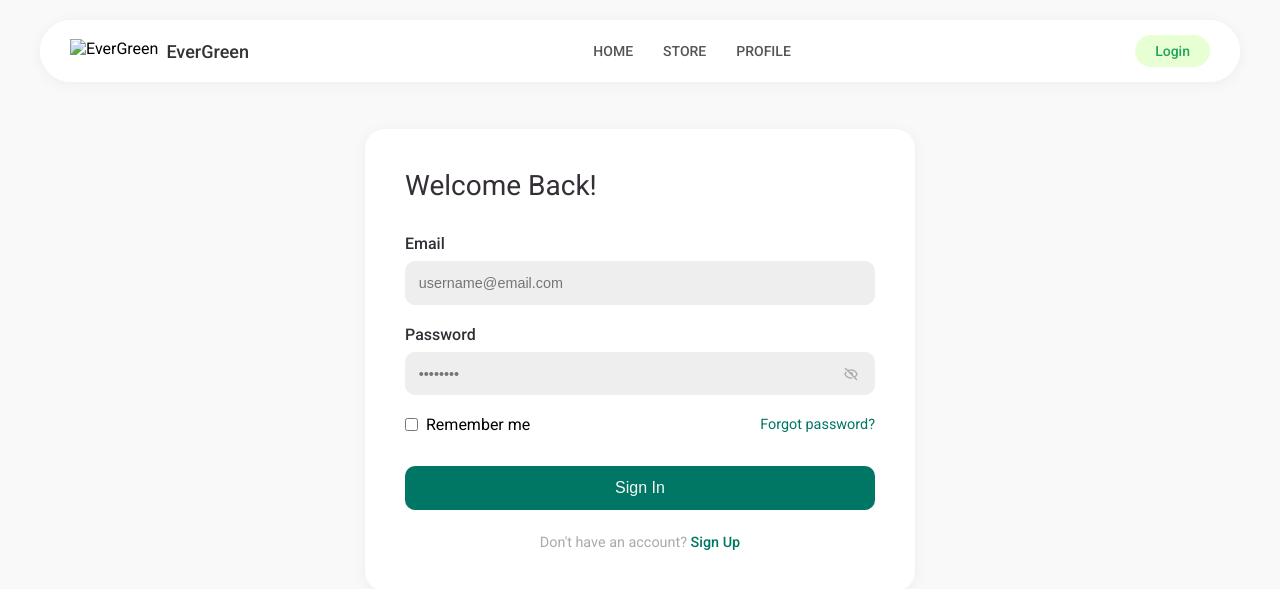
Repository: EverGreen-Group/Evergreen_Project
Page: http://localhost/Evergreen_Project/auth/login
An editor plug-in stored every save of this project. The page is shown before and after the next save, followed by the edit.
The browser window is 1280 px wide. The pictures show the whole page.
The page is run by PHP 8.4 with error messages shown; the project is at /var/www/html/.

Above is the page before, as saved 2024-11-17 20:38:48.

### public/index.php
<?php
// Enable error reporting
ini_set('display_errors', 1);
ini_set('display_startup_errors', 1);
error_reporting(E_ALL);

// session test
//session_start(); I added one in bootloader.php

// Load the bootloader and core application files
require_once '../app/bootloader.php';

// Initialize the Core class
$init = new Core;

### app/bootloader.php
<?php
// Start session
session_start();

//load configurations
require_once 'config/config.php';

//load helpers
require_once 'helpers/url_helper.php';
require_once 'helpers/flash_helper.php';
require_once 'helpers/RoleHelper.php';
require_once 'helpers/PhotoHelper.php';

//load libraries
require_once 'libraries/Core.php';
require_once 'libraries/Controller.php';
require_once 'libraries/Database.php';

### app/config/config.php
<?php

//databasse configarations
// define('DB_HOST', '34.93.234.68');
define('DB_HOST', 'localhost');
define('DB_USER', 'root');
define('DB_PASSWORD', '');
define('DB_NAME','tfms');
//APPROOT
define('APPROOT',dirname(dirname(__FILE__)));

//URLROOT
define('URLROOT', 'http://localhost/Evergreen_Project');

//website
define('SITENAME', 'EverGreen');

// Add this with your other constants
define('UPLOADROOT', dirname(dirname(__DIR__)) . '/public/uploads');

// URL for web access
define('UPLOADURL', URLROOT . '/uploads');  // For web URLs

// Server filesystem paths
define('PUBLICPATH', dirname(APPROOT) . '/public');
define('UPLOADPATH', PUBLICPATH . '/uploads');  // For file operations

// Add this with your other configurations
date_default_timezone_set('Asia/Colombo');
?>

### app/helpers/url_helper.php
<?php
// Helper functions for URL manipulation

// Redirect to a specific page
function redirect($page) {
    header('Location: ' . URLROOT . '/' . $page);
    exit();
}

function storePreviousUrl() {
    if (!isset($_SESSION['previous_url'])) {
        $_SESSION['previous_url'] = $_SERVER['REQUEST_URI'];
    }
}

function getPreviousUrl() {
    $previous = $_SESSION['previous_url'] ?? URLROOT;
    unset($_SESSION['previous_url']); // Clear it after use
    return $previous;
}

### app/helpers/flash_helper.php
<?php

function flash($name = '') {
    if (isset($_SESSION['flash_messages'][$name])) {
        $flash = $_SESSION['flash_messages'][$name];
        echo '<div class="' . $flash['class'] . '" id="msg-flash">' . $flash['message'] . '</div>';
        unset($_SESSION['flash_messages'][$name]);
    }
}

?>

### app/helpers/auth_middleware.php
<?php
function requireAuth() {
    if (!isset($_SESSION['user_id'])) {
        header("Location: " . URLROOT . "/auth/login");
        exit;
    }
}

function isLoggedIn() {
    return isset($_SESSION['user_id']);
}

?>

### public/css/style.css
@import url("https://fonts.googleapis.com/css2?family=Lato:wght@400;700&family=Poppins:wght@400;500;600;700&display=swap");

* {
  margin: 0;
  padding: 0;
  box-sizing: border-box;
}

a {
  text-decoration: none;
}

li {
  list-style: none;
}

:root {
  --poppins: "Poppins", sans-serif;
  --lato: "Lato", sans-serif;

  --light: #f9f9f9;
  --main: #007664;
  --light-main: #cbeae5;
  --grey: #eee;
  --dark-grey: #aaaaaa;
  --dark: #342e37;
  --red: #db504a;
  --yellow: #ffce26;
  --light-yellow: #f0deb4;
  --green: #8d9f2d;
  --light-green: #edf5c2;
}

html {
  overflow-x: hidden;
}

body.dark {
  --light: #0c0c1e;
  --grey: #060714;
  --dark: #fbfbfb;
}

body {
  background: var(--grey);
  overflow-x: hidden;
}

/* SIDEBAR */
#sidebar {
  position: fixed;
  top: 0;
  left: 0;
  width: 280px;
  height: 100%;
  background: var(--light);
  z-index: 2000;
  font-family: var(--lato);
  transition: 0.3s ease;
  overflow-x: hidden;
  scrollbar-width: none;
}
#sidebar::--webkit-scrollbar {
  display: none;
}
#sidebar.hide {
  width: 60px;
}
#sidebar .brand {
  font-size: 24px;
  font-weight: 700;
  height: 56px;
  display: flex;
  align-items: center;
  color: var(--main);
  position: sticky;
  top: 0;
  left: 0;
  background: var(--light);
  z-index: 500;
  padding-bottom: 20px;
  box-sizing: content-box;
}
#sidebar .brand .bx {
  min-width: 60px;
  display: flex;
  justify-content: center;
}

#sidebar .brand img {
  margin-right: 15px; /* Adjust the value as needed */
  height: 40px; /* Optional: Adjust image height */
  width: auto;
  margin-left: 15px;
}

#sidebar .side-menu {
  width: 100%;
  margin-top: 48px;
}
#sidebar .side-menu li {
  height: 48px;
  background: transparent;
  margin-left: 6px;
  border-radius: 48px 0 0 48px;
  padding: 4px;
}
#sidebar .side-menu li.active {
  background: var(--grey);
  position: relative;
}
#sidebar .side-menu li.active::before {
  content: "";
  position: absolute;
  width: 40px;
  height: 40px;
  border-radius: 50%;
  top: -40px;
  right: 0;
  box-shadow: 20px 20px 0 var(--grey);
  z-index: -1;
}
#sidebar .side-menu li.active::after {
  content: "";
  position: absolute;
  width: 40px;
  height: 40px;
  border-radius: 50%;
  bottom: -40px;
  right: 0;
  box-shadow: 20px -20px 0 var(--grey);
  z-index: -1;
}
#sidebar .side-menu li a {
  width: 100%;
  height: 100%;
  background: var(--light);
  display: flex;
  align-items: center;
  border-radius: 48px;
  font-size: 16px;
  color: var(--dark);
  white-space: nowrap;
  overflow-x: hidden;
}
#sidebar .side-menu.top li.active a {
  color: var(--main);
}
#sidebar.hide .side-menu li a {
  width: calc(48px - (4px * 2));
  transition: width 0.3s ease;
}
#sidebar .side-menu li a.logout {
  color: var(--red);
}
#sidebar .side-menu.top li a:hover {
  color: var(--main);
}
#sidebar .side-menu li a .bx {
  min-width: calc(60px - ((4px + 6px) * 2));
  display: flex;
  justify-content: center;
}
/* SIDEBAR */

/* CONTENT */
#content {
  position: relative;
  width: calc(100% - 280px);
  left: 280px;
  transition: 0.3s ease;
}
#sidebar.hide ~ #content {
  width: calc(100% - 60px);
  left: 60px;
}

/* NAVBAR */
#content nav {
  height: 56px;
  background: var(--light);
  padding: 0 24px;
  display: flex;
  align-items: center;
  grid-gap: 24px;
  font-family: var(--lato);
  position: sticky;
  top: 0;
  left: 0;
  z-index: 1000;
}
#content nav::before {
  content: "";
  position: absolute;
  width: 40px;
  height: 40px;
  bottom: -40px;
  left: 0;
  border-radius: 50%;
  box-shadow: -20px -20px 0 var(--light);
}
#content nav a {
  color: var(--dark);
}
#content nav .bx.bx-menu {
  cursor: pointer;
  color: var(--dark);
}
#content nav .nav-link {
  font-size: 16px;
  transition: 0.3s ease;
}
#content nav .nav-link:hover {
  color: var(--main);
}
#content nav form {
  max-width: 400px;
  width: 100%;
  margin-right: auto;
}
#content nav form .form-input {
  display: flex;
  align-items: center;
  height: 36px;
}
#content nav form .form-input input {
  flex-grow: 1;
  padding: 0 16px;
  height: 100%;
  border: none;
  background: var(--grey);
  border-radius: 36px 0 0 36px;
  outline: none;
  width: 100%;
  color: var(--dark);
}
#content nav form .form-input button {
  width: 36px;
  height: 100%;
  display: flex;
  justify-content: center;
  align-items: center;
  background: var(--main);
  color: var(--light);
  font-size: 18px;
  border: none;
  outline: none;
  border-radius: 0 36px 36px 0;
  cursor: pointer;
}
#content nav .notification {
  font-size: 20px;
  position: relative;
}
#content nav .notification .num {
  position: absolute;
  top: -6px;
  right: -6px;
  width: 20px;
  height: 20px;
  border-radius: 50%;
  border: 2px solid var(--light);
  background: var(--red);
  color: var(--light);
  font-weight: 700;
  font-size: 12px;
  display: flex;
  justify-content: center;
  align-items: center;
}
#content nav .profile img {
  width: 36px;
  height: 36px;
  object-fit: cover;
  border-radius: 50%;
}
#content nav .switch-mode {
  display: block;
  min-width: 50px;
  height: 25px;
  border-radius: 25px;
  background: var(--grey);
  cursor: pointer;
  position: relative;
}
#content nav .switch-mode::before {
  content: "";
  position: absolute;
  top: 2px;
  left: 2px;
  bottom: 2px;
  width: calc(25px - 4px);
  background: var(--main);
  border-radius: 50%;
  transition: all 0.3s ease;
}
#content nav #switch-mode:checked + .switch-mode::before {
  left: calc(100% - (25px - 4px) - 2px);
}
/* NAVBAR */

/* MAIN */
#content main {
  width: 100%;
  padding: 36px 24px;
  font-family: var(--poppins);
  max-height: calc(100vh - 56px);
  overflow-y: auto;
}
#content main .head-title {
  display: flex;
  align-items: center;
  justify-content: space-between;
  grid-gap: 16px;
  flex-wrap: wrap;
}
#content main .head-title .left h1 {
  font-size: 36px;
  font-weight: 600;
  margin-bottom: 10px;
  color: var(--dark);
}
#content main .head-title .left .breadcrumb {
  display: flex;
  align-items: center;
  grid-gap: 16px;
}
#content main .head-title .left .breadcrumb li {
  color: var(--dark);
}
#content main .head-title .left .breadcrumb li a {
  color: var(--dark-grey);
  pointer-events: none;
}
#content main .head-title .left .breadcrumb li a.active {
  color: var(--main);
  pointer-events: unset;
}
#content main .head-title .btn-download {
  height: 36px;
  padding: 0 16px;
  border-radius: 36px;
  background: var(--main);
  color: var(--light);
  display: flex;
  justify-content: center;
  align-items: center;
  grid-gap: 10px;
  font-weight: 500;
}

#content main .box-info {
  display: grid;
  grid-template-columns: repeat(auto-fit, minmax(240px, 1fr));
  grid-gap: 24px;
  margin-top: 36px;
}
#content main .box-info li {
  padding: 24px;
  background: var(--light);
  border-radius: 20px;
  display: flex;
  align-items: center;
  grid-gap: 24px;
}
#content main .box-info li .bx {
  width: 80px;
  height: 80px;
  border-radius: 10px;
  font-size: 36px;
  display: flex;
  justify-content: center;
  align-items: center;
}
#content main .box-info li:nth-child(1) .bx {
  background: var(--light-main);
  color: var(--main);
}
#content main .box-info li:nth-child(2) .bx {
  background: var(--light-yellow);
  color: var(--yellow);
}
#content main .box-info li:nth-child(3) .bx {
  background: var(--light-green);
  color: var(--green);
}
#content main .box-info li .text h3 {
  font-size: 24px;
  font-weight: 600;
  color: var(--dark);
}
#content main .box-info li .text p {
  color: var(--dark);
}

#content main .table-data {
  display: flex;
  flex-wrap: wrap;
  grid-gap: 24px;
  margin-top: 24px;
  width: 100%;
  color: var(--dark);
}
#content main .table-data > div {
  border-radius: 20px;
  background: var(--light);
  padding: 24px;
  overflow-x: auto;
}
#content main .table-data .head {
  display: flex;
  align-items: center;
  grid-gap: 16px;
  margin-bottom: 24px;
}
#content main .table-data .head h3 {
  margin-right: auto;
  font-size: 24px;
  font-weight: 600;
}
#content main .table-data .head .bx {
  cursor: pointer;
}

#content main .table-data .order {
  flex-grow: 1;
  flex-basis: 500px;
}
#content main .table-data .order table {
  width: 100%;
  border-collapse: collapse;
}
#content main .table-data .order table th {
  padding-bottom: 12px;
  font-size: 13px;
  text-align: left;
  border-bottom: 1px solid var(--grey);
}
#content main .table-data .order table td {
  padding: 16px 0;
}
#content main .table-data .order table tr td:first-child {
  display: flex;
  align-items: center;
  grid-gap: 12px;
  padding-left: 6px;
}
#content main .table-data .order table td img {
  width: 36px;
  height: 36px;
  border-radius: 50%;
  object-fit: cover;
}
#content main .table-data .order table tbody tr:hover {
  background: var(--grey);
}
#content main .table-data .order table tr td .status {
  font-size: 10px;
  padding: 6px 16px;
  color: var(--light);
  border-radius: 20px;
  font-weight: 700;
}
#content main .table-data .order table tr td .status.completed {
  background: var(--main);
}
#content main .table-data .order table tr td .status.process {
  background: var(--yellow);
}
#content main .table-data .order table tr td .status.pending {
  background: var(--green);
}

#content main .table-data .order table tr td .status.error {
  background: var(--red);
}

#content main .table-data .todo {
  flex-grow: 1;
  flex-basis: 300px;
}
#content main .table-data .todo .todo-list {
  width: 100%;
}
#content main .table-data .todo .todo-list li {
  width: 100%;
  margin-bottom: 16px;
  background: var(--grey);
  border-radius: 10px;
  padding: 14px 20px;
  display: flex;
  justify-content: space-between;
  align-items: center;
}
#content main .table-data .todo .todo-list li .bx {
  cursor: pointer;
}
#content main .table-data .todo .todo-list li.completed {
  border-left: 10px solid var(--main);
}
#content main .table-data .todo .todo-list li.not-completed {
  border-left: 10px solid var(--green);
}
#content main .table-data .todo .todo-list li:last-child {
  margin-bottom: 0;
}
/* MAIN */
/* CONTENT */

/*Dashboard*/

@media screen and (max-width: 768px) {
  #sidebar {
    width: 200px;
  }

  #content {
    width: calc(100% - 60px);
    left: 200px;
  }

  #content nav .nav-link {
    display: none;
  }
}

@media screen and (max-width: 576px) {
  #content nav form .form-input input {
    display: none;
  }

  #content nav form .form-input button {
    width: auto;
    height: auto;
    background: transparent;
    border-radius: none;
    color: var(--dark);
  }

  #content nav form.show .form-input input {
    display: block;
    width: 100%;
  }
  #content nav form.show .form-input button {
    width: 36px;
    height: 100%;
    border-radius: 0 36px 36px 0;
    color: var(--light);
    background: var(--red);
  }

  #content nav form.show ~ .notification,
  #content nav form.show ~ .profile {
    display: none;
  }

  #content main .box-info {
    grid-template-columns: 1fr;
  }

  #content main .table-data .head {
    min-width: 420px;
  }
  #content main .table-data .order table {
    min-width: 420px;
  }
  #content main .table-data .todo .todo-list {
    min-width: 420px;
  }
}

/* Authentication Pages Styles */
.auth-container {
  min-height: calc(100vh - 100px);
  display: flex;
  justify-content: center;
  align-items: center;
  padding: 20px;
}

.auth-form-section {
  width: auto;
  max-width: 1200px;
}

.auth-form-container {
  background: white;
  border-radius: 20px;
  box-shadow: 0 2px 15px rgba(0, 0, 0, 0.05);
  padding: 40px;
}

/* Existing form styles */
.auth-form-container h2 {
  font-size: 28px;
  font-weight: 300;
  margin-bottom: 30px;
  color: #333;
}

.auth-form-group {
  margin-bottom: 20px;
}

.auth-form-group label {
  display: block;
  margin-bottom: 0.5rem;
  color: var(--dark);
  font-weight: 500;
}

.auth-form-group input {
  width: 100%;
  padding: 0.8rem;
  border: 1px solid var(--grey);
  border-radius: 10px;
  font-size: 0.9rem;
  transition: all 0.3s ease;
  background: var(--grey);
  color: var(--dark);
}

.auth-form-group input:focus {
  outline: none;
  border-color: var(--main);
  box-shadow: 0 0 5px rgba(0, 118, 100, 0.2);
}

.auth-button {
  width: 100%;
  padding: 0.8rem;
  background: var(--main);
  color: var(--light);
  border: none;
  border-radius: 10px;
  font-size: 1rem;
  cursor: pointer;
  transition: background-color 0.3s ease;
  font-weight: 500;
  margin-top: 1rem;
}

.auth-button:hover {
  background: #006254;
}

.auth-error {
  display: none; /* Hide by default */
  background: #ffe5e5;
  color: #ff3333;
  padding: 0.8rem;
  border-radius: 8px;
  margin-bottom: 1.5rem;
  font-size: 0.9rem;
  border: 1px solid #ffcccc;
}

/* Only show when there's an error */
.auth-error:not(:empty) {
  display: block;
}

.auth-links {
  margin-top: 1.5rem;
  text-align: center;
  display: flex;
  flex-direction: column;
  gap: 0.5rem;
}

.auth-links a {
  color: var(--main);
  text-decoration: none;
  transition: color 0.3s ease;
  font-size: 0.9rem;
}

.auth-links a:hover {
  color: #006254;
}

/* Dark mode support for auth pages */
body.dark .auth-box {
  background: var(--light);
}

body.dark .auth-form-group input {
  background: var(--grey);
  color: var(--dark);
}

/* Public Header Styles */
.public-header {
  background: white;
  box-shadow: 0 2px 10px rgba(0, 0, 0, 0.1);
  position: fixed;
  width: 100%;
  top: 0;
  z-index: 1000;
}

.public-nav {
  max-width: 1200px;
  margin: 0 auto;
  padding: 1rem 2rem;
  display: flex;
  align-items: center;
  justify-content: space-between;
}

.nav-brand {
  display: flex;
  align-items: center;
  gap: 0.5rem;
}

.nav-brand img {
  height: 32px;
  width: auto;
}

.nav-brand a {
  font-size: 1.25rem;
  font-weight: 600;
  color: var(--dark);
  text-decoration: none;
}

.nav-links {
  display: flex;
  gap: 2rem;
}

.nav-links a {
  color: var(--dark);
  text-decoration: none;
  font-weight: 500;
  padding: 0.5rem 0;
  position: relative;
}

.nav-links a:after {
  content: "";
  position: absolute;
  bottom: 0;
  left: 0;
  width: 0;
  height: 2px;
  background: var(--primary);
  transition: width 0.3s ease;
}

.nav-links a:hover:after,
.nav-links a.active:after {
  width: 100%;
}

.nav-auth {
  display: flex;
  gap: 1rem;
}

.nav-button {
  padding: 0.5rem 1rem;
  border-radius: 6px;
  text-decoration: none;
  font-weight: 500;
  transition: all 0.3s ease;
}

.nav-button:first-child {
  color: var(--dark);
  background: transparent;
}

.nav-button:last-child {
  color: white;
  background: var(--primary);
}

.nav-button:first-child:hover {
  background: var(--light);
}

.nav-button:last-child:hover {
  background: var(--primary-dark);
}

/* Responsive Design */
@media screen and (max-width: 768px) {
  .public-nav {
    flex-direction: column;
    gap: 1rem;
    padding: 1rem;
  }

  .nav-links {
    flex-direction: column;
    gap: 0.5rem;
    text-align: center;
    width: 100%;
  }

  .nav-auth {
    flex-direction: column;
    width: 100%;
  }

  .nav-button {
    text-align: center;
  }
}

/* Updated Auth Styles */
.auth-container {
  height: 100vh;
  padding: 0;
  margin: 0;
  display: flex;
  align-items: center;
  justify-content: center;
  background: var(--light);
}

.auth-split {
  display: flex;
  width: 100%;
  height: 100%;
  /* max-width: 1200px; */
  /* height: 600px; */
  background: white;
  /* border-radius: 20px; */
  overflow: hidden;
  box-shadow: 0 0 20px rgba(0, 0, 0, 0.1);
}

/* Image Section */
.auth-image-section {
  width: 400px;
  height: 600px;
  background-size: cover;
  background-position: center;
  background-repeat: no-repeat;
  position: relative;
  border-radius: 20px 0 0 20px;
  padding: 1.7rem;
  display: flex;
  flex-direction: column;
  justify-content: flex-end;
  overflow: hidden;
}

.auth-overlay {
  position: absolute;
  top: 2rem;
  left: 2rem;
  right: 2rem;
  bottom: 2rem;
  background: rgba(0, 0, 0, 0.5);
  padding: 2rem;
  border-radius: 15px; /* Optional: adds rounded corners to the overlay */
}

.auth-overlay h2 {
  font-size: 1.8rem;
  margin-bottom: 1rem;
  color: white;
}

.auth-overlay p {
  font-size: 0.9rem;
  line-height: 1.5;
}

/* Form Section */
.auth-form-section {
  flex: 1;
  padding: 2rem;
  display: flex;
  flex-direction: column;
  justify-content: center;
  align-items: center;
}

.auth-form-container {
  max-width: 550px;
  width: 100%;
  margin: 0 auto;
}

.auth-form-container h2 {
  margin-bottom: 2rem;
  color: var(--dark);
  text-align: left;
}

.password-input {
  position: relative;
}

.password-toggle {
  position: absolute;
  right: 1rem;
  top: 50%;
  transform: translateY(-50%);
  cursor: pointer;
  color: var(--dark-grey);
}

.auth-options {
  display: flex;
  justify-content: space-between;
  align-items: center;
  margin: 1rem 0;
}

.remember-me {
  display: flex;
  align-items: center;
  gap: 0.5rem;
}

.forgot-password {
  color: var(--main);
  text-decoration: none;
  font-size: 0.9rem;
}

.auth-divider {
  text-align: center;
  margin: 1.5rem 0;
  position: relative;
}

.auth-divider::before,
.auth-divider::after {
  content: "";
  position: absolute;
  top: 50%;
  width: 45%;
  height: 1px;
  background: var(--grey);
}

.auth-divider::before {
  left: 0;
}

.auth-divider::after {
  right: 0;
}

.auth-divider span {
  background: white;
  padding: 0 1rem;
  color: var(--dark-grey);
  font-size: 0.9rem;
}

.social-login {
  display: flex;
  flex-direction: column;
  gap: 0.8rem;
}

.social-button {
  width: 100%;
  padding: 0.8rem;
  border: 1px solid var(--grey);
  border-radius: 8px;
  background: white;
  display: flex;
  align-items: center;
  justify-content: center;
  gap: 0.5rem;
  cursor: pointer;
  transition: background-color 0.3s ease;
  font-size: 0.9rem;
}

.social-button:hover {
  background: var(--grey);
}

.social-button i {
  font-size: 1.2rem;
}

.auth-footer {
  text-align: center;
  margin-top: 1.5rem;
  color: var(--dark-grey);
  font-size: 0.9rem;
}

.auth-footer a {
  color: var(--main);
  text-decoration: none;
  font-weight: 500;
}

/* Responsive Design */
@media (max-width: 768px) {
  .auth-split {
    flex-direction: column;
    height: auto;
    margin: 1rem;
  }

  .auth-image-section {
    flex: 1;
    background-size: cover;
    background-position: center;
    background-repeat: no-repeat;
    position: relative;
    border-radius: 20px 0 0 20px; /* Rounds only the left side corners */
    padding: 1.7rem; /* Adds padding inside the image section */
  }

  .auth-form-section {
    padding: 1.5rem;
  }
}

.auth-overlay-text {
  max-width: 700px; /* Adjust this value as needed */
}

.auth-form-row {
  display: flex;
  gap: 1rem;
}

.auth-form-row .auth-form-group {
  flex: 1;
}

.auth-select {
  width: 100%;
  padding: 0.75rem;
  border: 1px solid #ddd;
  border-radius: 4px;
  background-color: white;
  font-size: 1rem;
  color: #333;
  cursor: pointer;
}

.auth-select:focus {
  outline: none;
  border-color: var(--primary);
}

/* If needed, also adjust the parent container */
.auth-left-section {
  display: flex;
  align-items: center;
  justify-content: center;
  height: 100%;
}

/* Add overlay text container */
.image-overlay-text {
  color: white;
  padding: 2rem;
  background: linear-gradient(to bottom, transparent, rgba(0, 0, 0, 0.4));
  margin: -1.7rem; /* Counteract the parent padding */
}

.image-overlay-text h2 {
  font-size: 1.5rem;
  font-weight: 600;
  margin-bottom: 1rem;
}

.image-overlay-text p {
  font-size: 0.9rem;
  line-height: 1.5;
  opacity: 0.9;
}

Loaded but not shown: app/controllers/Auth.php (367 lines, source omitted); app/libraries/Database.php (198 lines, source omitted); app/helpers/RoleHelper.php (117 lines, source omitted); app/views/inc/components/header_public.php (130 lines, source omitted); app/views/pages/404.php (116 lines, source omitted); app/libraries/Core.php (77 lines, source omitted); app/helpers/PhotoHelper.php (65 lines, source omitted); app/views/auth/v_login.php (41 lines, source omitted); app/models/M_User.php (48 lines, source omitted); app/libraries/Controller.php (42 lines, source omitted)

After the next save:
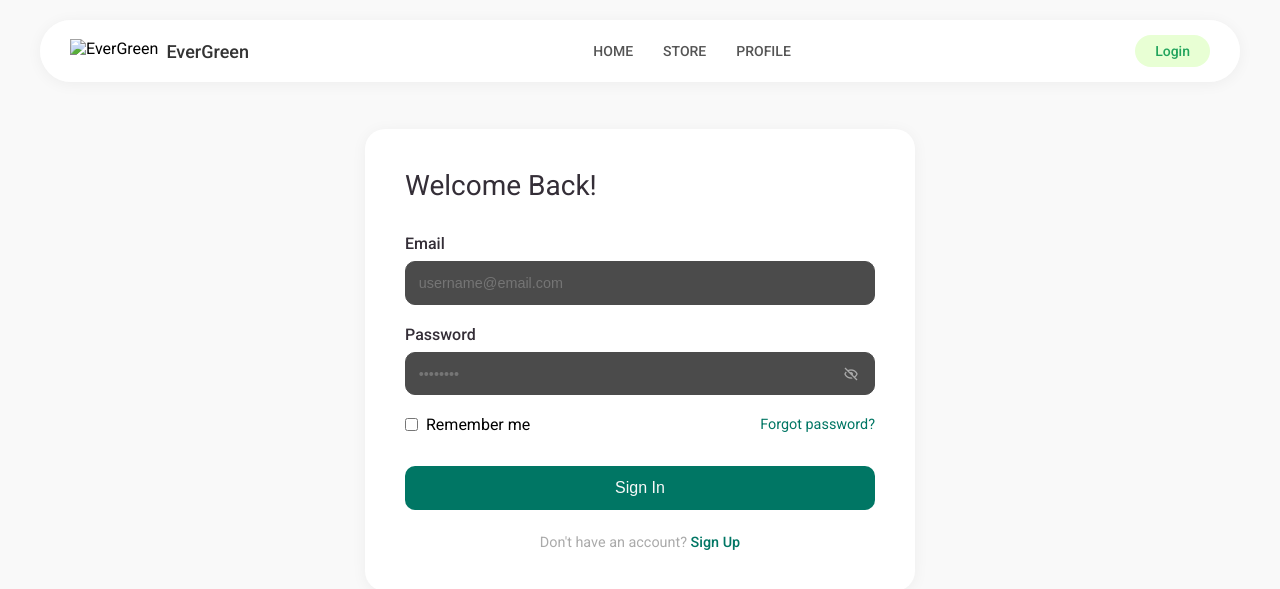
Saved 13 h 29 min later.
--- a/public/css/style.css
+++ b/public/css/style.css
@@ -21,7 +21,7 @@
   --light: #f9f9f9;
   --main: #007664;
   --light-main: #cbeae5;
-  --grey: #eee;
+  --grey: #4b4b4b;
   --dark-grey: #aaaaaa;
   --dark: #342e37;
   --red: #db504a;

After the save that followed:
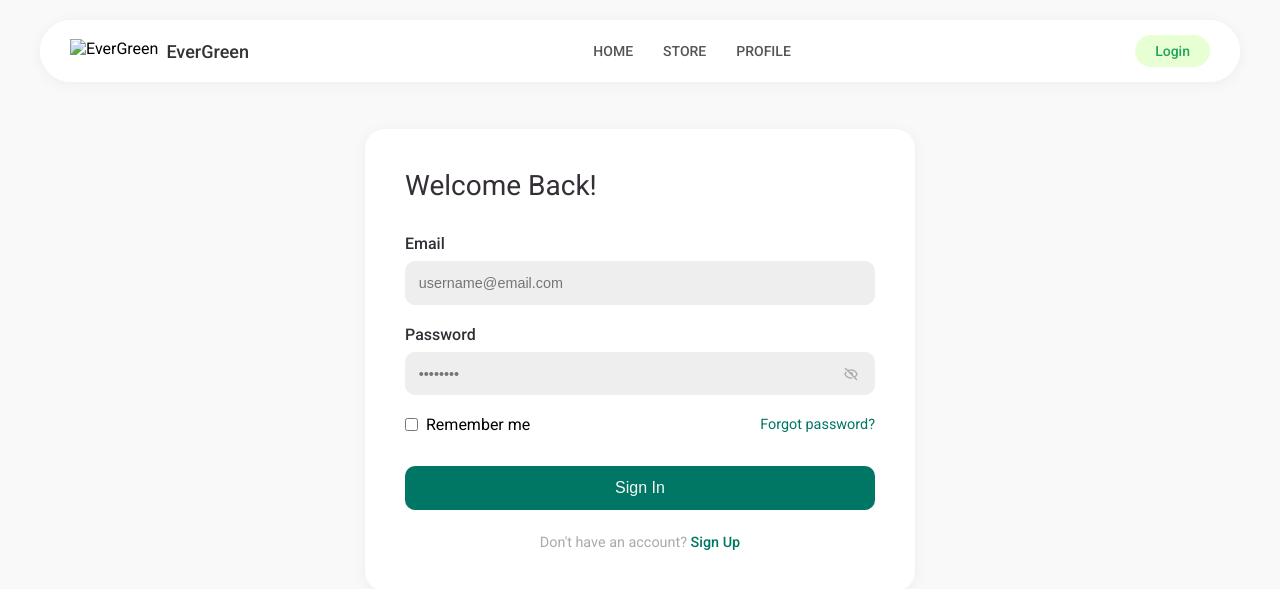
Saved 32 s later.
--- a/public/css/style.css
+++ b/public/css/style.css
@@ -21,7 +21,7 @@
   --light: #f9f9f9;
   --main: #007664;
   --light-main: #cbeae5;
-  --grey: #4b4b4b;
+  --grey: #eee;
   --dark-grey: #aaaaaa;
   --dark: #342e37;
   --red: #db504a;
